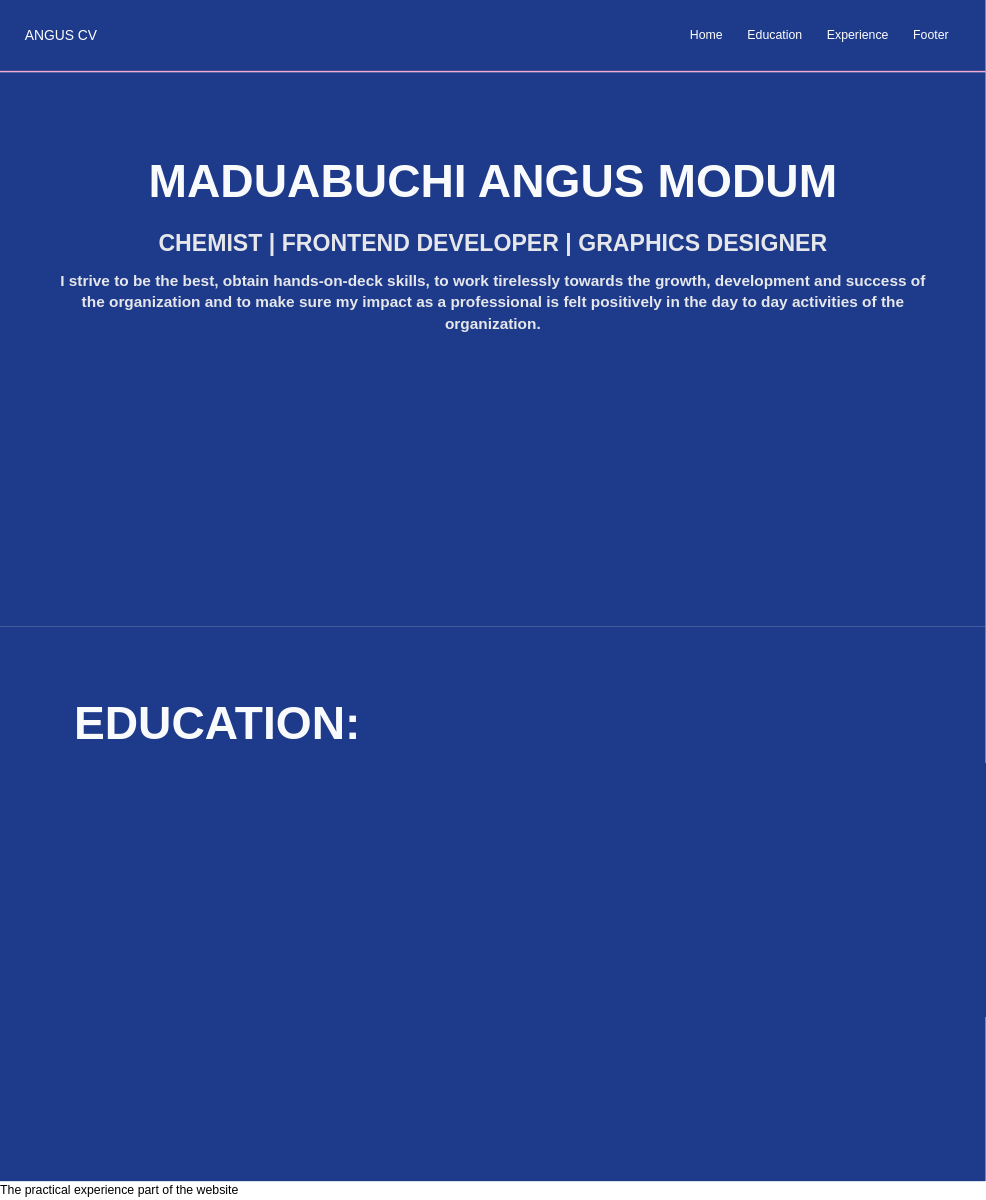
Repository: AngusOnyebuchi/AngusOnyebuchi.github.io
Page: /
These files come from the project's save history. The page is drawn as it stood at one moment and after the next save; the edit follows.
The browser window is 1280 px wide. The pictures show the whole page, at 77% of full size.
The project was rebuilt for these pictures with package versions that can differ from the ones it lists, and the page was loaded fresh each time.

Above is the page before, as saved 2022-04-17 19:12:42.

### public/index.html
<!DOCTYPE html>
<html lang="en">
  <head>
    <meta charset="utf-8" />
    <link rel="icon" href="%PUBLIC_URL%/favicon.ico" />
    <meta name="viewport" content="width=device-width, initial-scale=1" />
    <meta name="theme-color" content="#000000" />
    <meta
      name="description"
      content="Web site created using create-react-app"
    />
    <link rel="apple-touch-icon" href="%PUBLIC_URL%/logo192.png" />
    <!--
      manifest.json provides metadata used when your web app is installed on a
      user's mobile device or desktop. See https://developers.google.com/web/fundamentals/web-app-manifest/
    -->
    <link rel="manifest" href="%PUBLIC_URL%/manifest.json" />
    <!--
      Notice the use of %PUBLIC_URL% in the tags above.
      It will be replaced with the URL of the `public` folder during the build.
      Only files inside the `public` folder can be referenced from the HTML.

      Unlike "/favicon.ico" or "favicon.ico", "%PUBLIC_URL%/favicon.ico" will
      work correctly both with client-side routing and a non-root public URL.
      Learn how to configure a non-root public URL by running `npm run build`.
    -->
    <title>Angus CV </title>
  </head>
  <body>
    <noscript>You need to enable JavaScript to run this app.</noscript>
    <div id="root"></div>
    <!--
      This HTML file is a template.
      If you open it directly in the browser, you will see an empty page.

      You can add webfonts, meta tags, or analytics to this file.
      The build step will place the bundled scripts into the <body> tag.

      To begin the development, run `npm start` or `yarn start`.
      To create a production bundle, use `npm run build` or `yarn build`.
    -->
  </body>
</html>

### src/index.js
import React from "react";
import ReactDOM from "react-dom";
import "./style.css"
import App from "./App";

ReactDOM.render(<App/>, document.getElementById("root"))

### src/style.css
@tailwind base;
@tailwind components;
@tailwind utilities;

@layer base {
    body{
        @apply font-[Sans-serif];
    }
    li {
        @apply px-4;
        @apply cursor-pointer;
    }
}

### src/App.js
import React from "react";
import Home from "./components/Home"
import Education from "./components/Education";
import Experience from "./components/Experience";
import NavBar from "./components/NavBar";

export default function App() {
  return (
    <div>
      <NavBar/>
      <Home/>
      <Education/>
      <Experience/>
    </div>
  )
}

### src/components/Home.js
import React from "react";
import {FaWhatsapp, FaLocationArrow, FaSearchLocation} from "react-icons/fa"
import {HiOutlineMail} from "react-icons/hi"

export default function Home() {
    return (
        <div className="w-full h-screen p-4 bg-blue-900 text-gray-200">
            <h1 className="text-4xl md:text-6xl font-bold uppercase pt-24 text-center text-gray-50">Maduabuchi Angus Modum</h1>
            <h3 className="text-xl md:text-3xl font-bold uppercase pt-8 text-center">Chemist  |  Frontend Developer  |  Graphics Designer</h3>
            <p className="font-bold text-center justify-center text-lg md:text-xl max-w-[1200px] mx-12 mt-4">I strive to be the best, obtain hands-on-deck skills,
                to work tirelessly towards the growth, development and success of the organization and to make sure my impact
                as a professional is felt positively in the day to day activities of the organization.</p>

        </div>
    )
}

### src/components/Education.js
import React from "react";

export default function Education() {
    return(
        <div className="bg-blue-900 w-full h-screen text-gray-200">
            <h1 className="text-4xl md:text-6xl font-bold uppercase pt-24 text-left ml-24 text-gray-50">Education:</h1>
        </div>
    )
}

### src/components/Experience.js
import React from "react";

export default function Experience() {
    return(
        <div>
            <h1>The practical experience part of the website</h1>
        </div>
    )
}

### src/components/NavBar.js
import React, {useState} from "react";
import {FaTimes, FaBars} from "react-icons/fa"

export default function NavBar() {

    const [nav, setNav] = useState(true)
    const toggle = () => setNav(!nav)

    return(
        <div className="bg-blue-900 text-white w-full p-8 flex justify-between items-center border-b-2 border-pink-300">
            <h1 className="uppercase text-lg">Angus CV</h1>

            <ul className=" hidden sm:flex justify-between">
                <li className="hover:border-b-2 border-pink-300 ">Home</li>
                <li className="hover:border-b-2 border-pink-300 ">Education</li>
                <li className="hover:border-b-2 border-pink-300 ">Experience</li>
                <li className="hover:border-b-2 border-pink-300 ">Footer</li>
            </ul>

            {/** Mobile list */}
            <div onClick={toggle} className="sm:hidden z-10">
                {nav ? <FaBars/> : <FaTimes/>}
            </div>
            <ul className={nav ? 'hidden' : 'absolute top-0 left-0 w-full h-screen bg-inherit flex flex-col justify-center items-center my-8 sm:hidden'}>
                    <li>Home</li>
                    <li>Education</li>
                    <li>Experience</li>
                    <li>Footer</li>
            </ul>
        </div>
    )
}

Loaded but not shown: tailwind.config.js (common file)

After the next save:
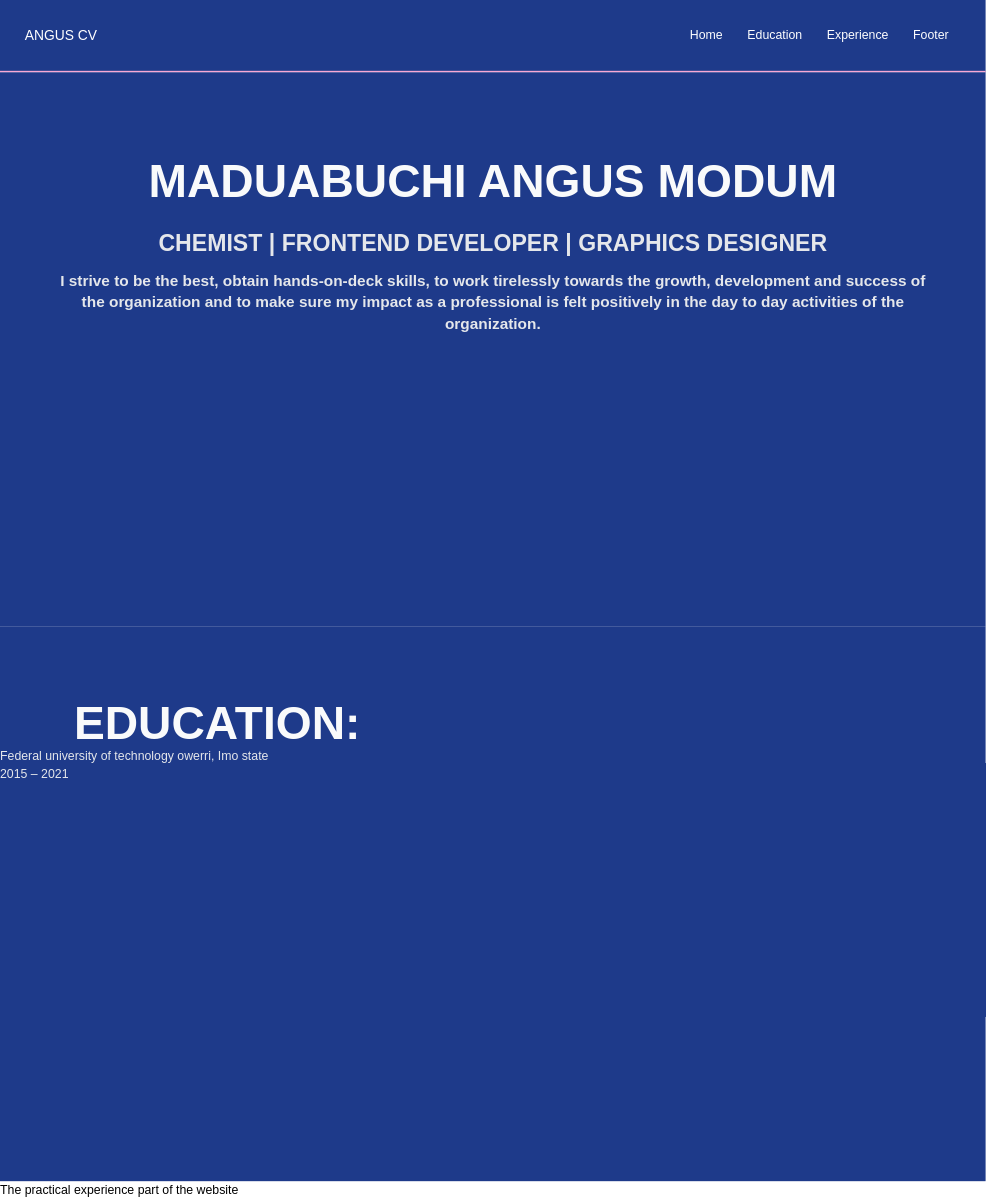
Saved 2 min 43 s later.
--- a/src/components/Education.js
+++ b/src/components/Education.js
@@ -4,6 +4,10 @@ export default function Education() {
     return(
         <div className="bg-blue-900 w-full h-screen text-gray-200">
             <h1 className="text-4xl md:text-6xl font-bold uppercase pt-24 text-left ml-24 text-gray-50">Education:</h1>
+            <div>
+                <h3>Federal university of technology owerri, Imo state</h3>
+                <h4>2015 – 2021</h4>
+            </div>
         </div>
     )
 }
